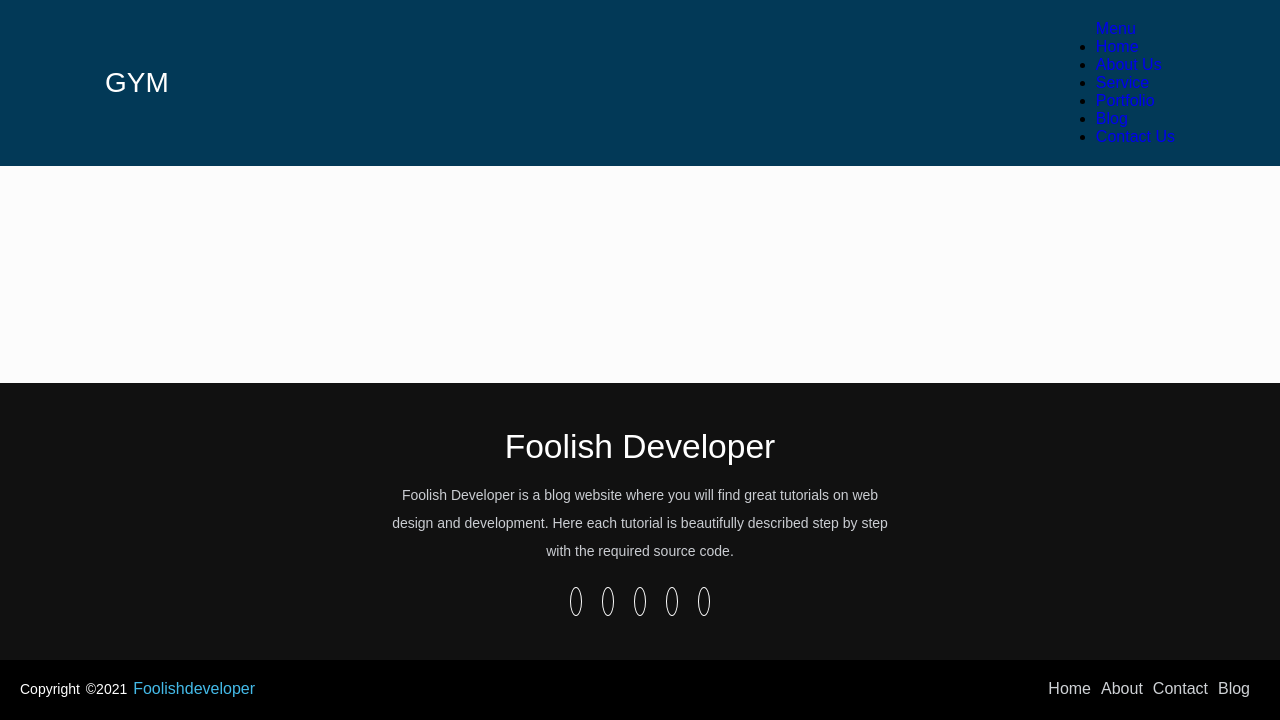
Repository: mcleanka/gym-management-system
Page: index.html
An editor plug-in stored every save of this project. The page is shown before and after the next save, followed by the edit.
The browser window is 1280 px wide. The pictures show the whole page.

Above is the page before, as saved 2022-07-01 16:59:45.

After the next save:
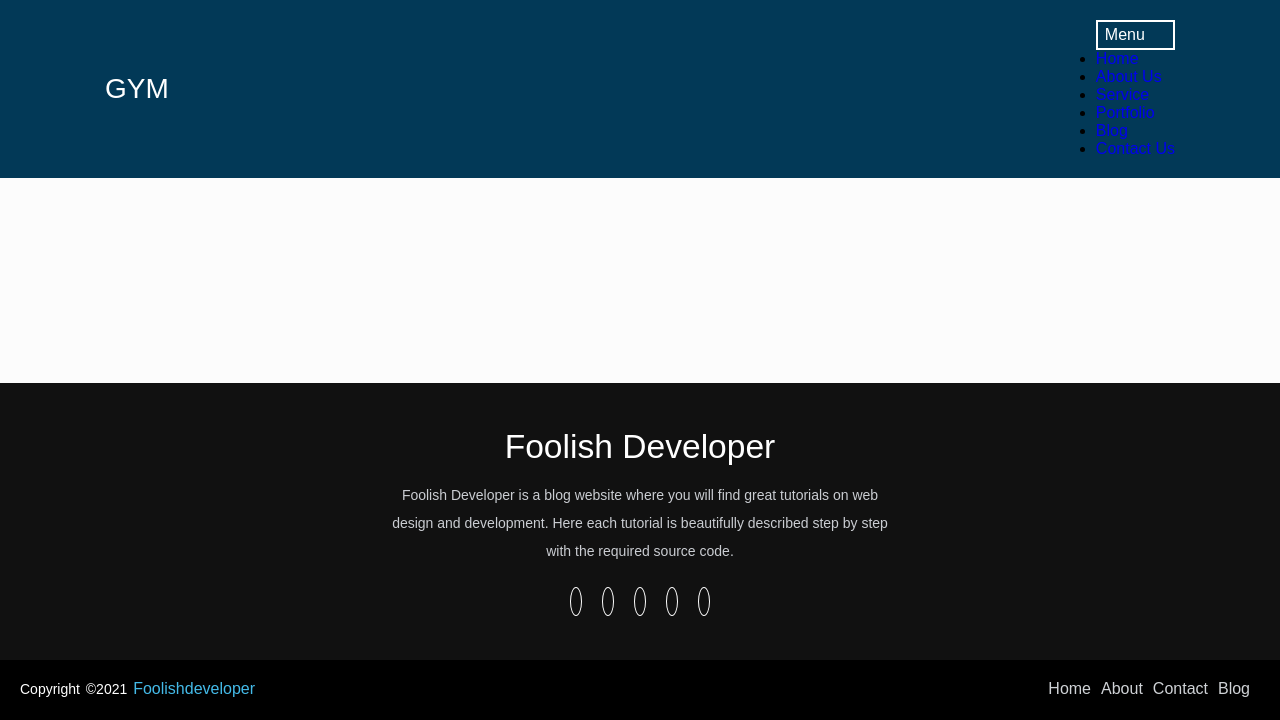
Saved 21 s later.
--- a/css/style.css
+++ b/css/style.css
@@ -45,6 +45,19 @@
      .logo {
      	font-size: 28px;
      	color: white;
+     }
+
+     .nav_ico {
+     	display: block;
+     	padding: 4px 7px;
+     	color: white;
+     	border: 2px solid white;
+     	cursor: pointer;
+     }
+
+     .nav_ico:hover {
+     	background: white;
+     	color: black;
      }
 
      footer {
